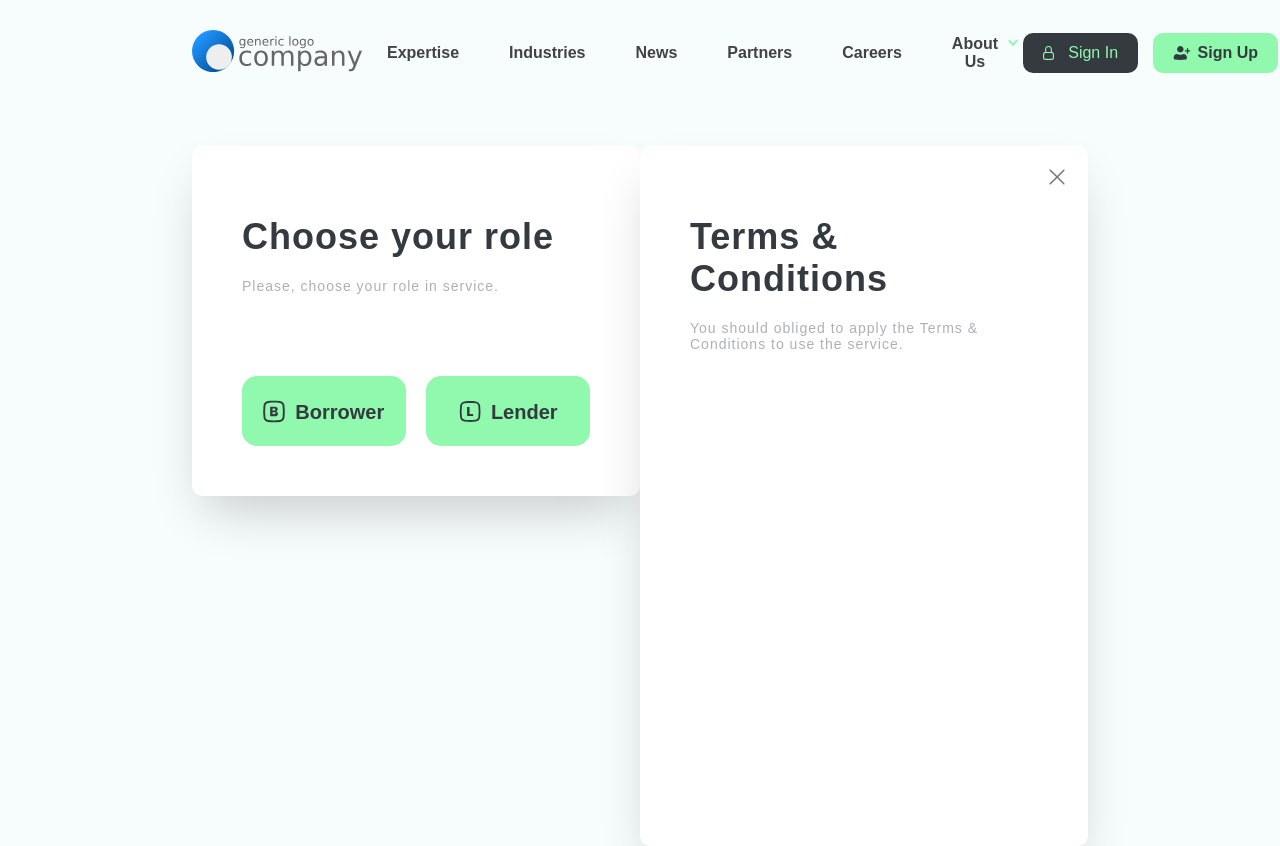
Repository: Andriy-Ma/widgetTask
Page: /
An editor plug-in stored every save of this project. The page is shown before and after the next save, followed by the edit.
The browser window is 1280 px wide. The pictures show the whole page.
Some web fonts or font styles are not loaded; a fallback is used. The project was rebuilt for these pictures with package versions that can differ from the ones it lists, and the page was loaded fresh each time. Also part of the build but not shown: src/components/Main/SelectedRoleForm/selectedRoleForm.module.css, src/components/Main/SelectedRoleForm/selectedRoleForm.jsx.

Above is the page before, as saved 2022-08-30 10:02:26.

After the next save:
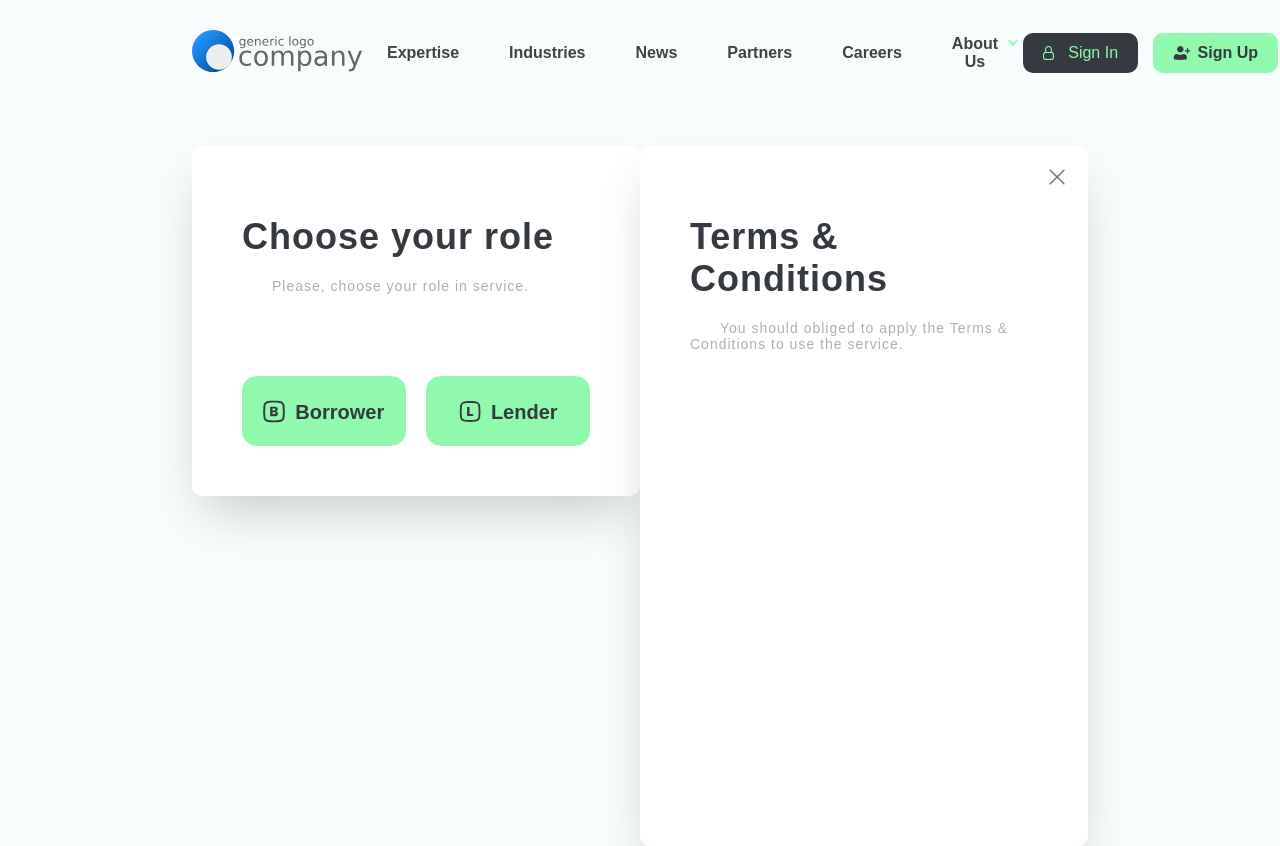
Saved 2 min 12 s later.
--- a/src/components/Main/ChooseForm/chooseForm.module.css
+++ b/src/components/Main/ChooseForm/chooseForm.module.css
@@ -37,6 +37,7 @@
     color: #343A40;
     opacity: .4;
     letter-spacing: 1px;
+    text-indent: 30px;
 }
 .buttonsChooseForm {
     display: flex;

After the save that followed:
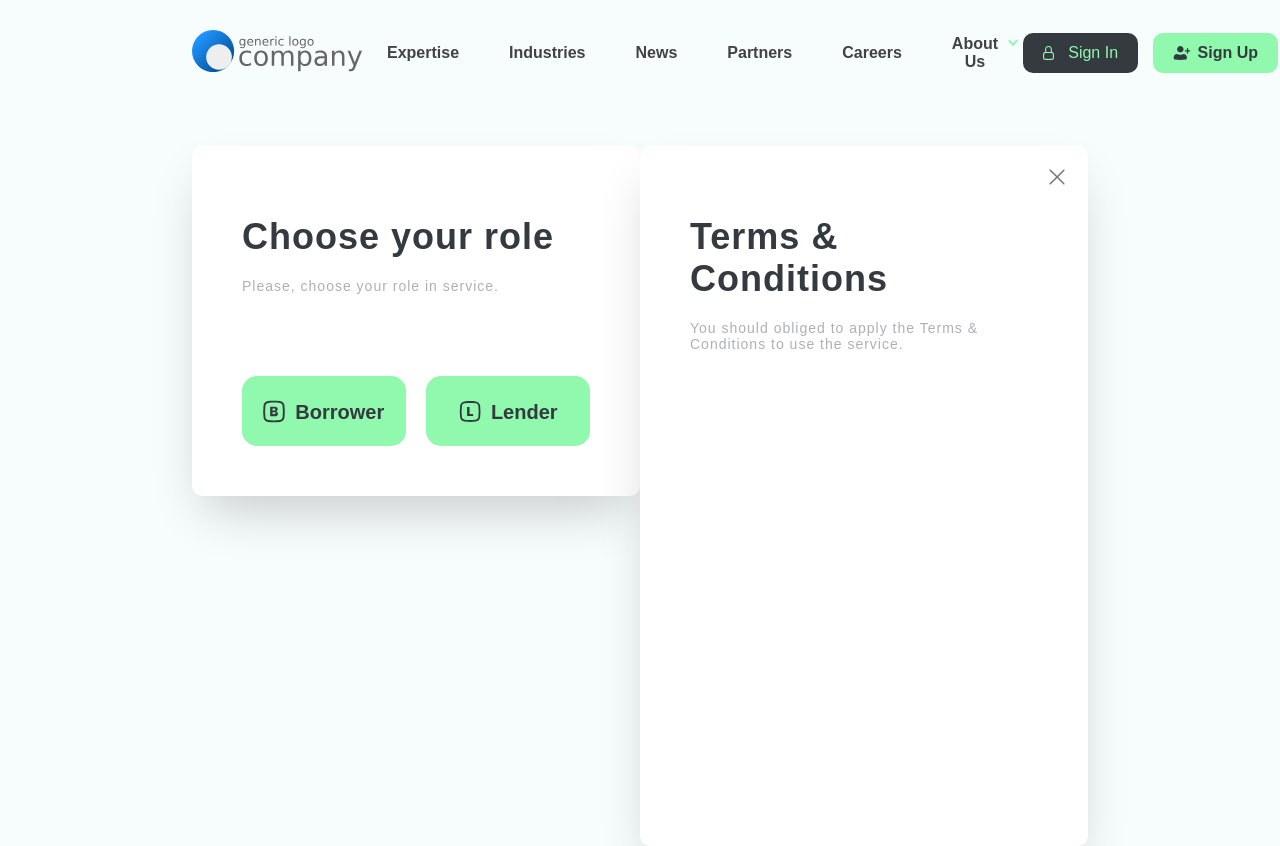
Saved 15 s later.
--- a/src/components/Main/ChooseForm/chooseForm.module.css
+++ b/src/components/Main/ChooseForm/chooseForm.module.css
@@ -37,7 +37,6 @@
     color: #343A40;
     opacity: .4;
     letter-spacing: 1px;
-    text-indent: 30px;
 }
 .buttonsChooseForm {
     display: flex;
